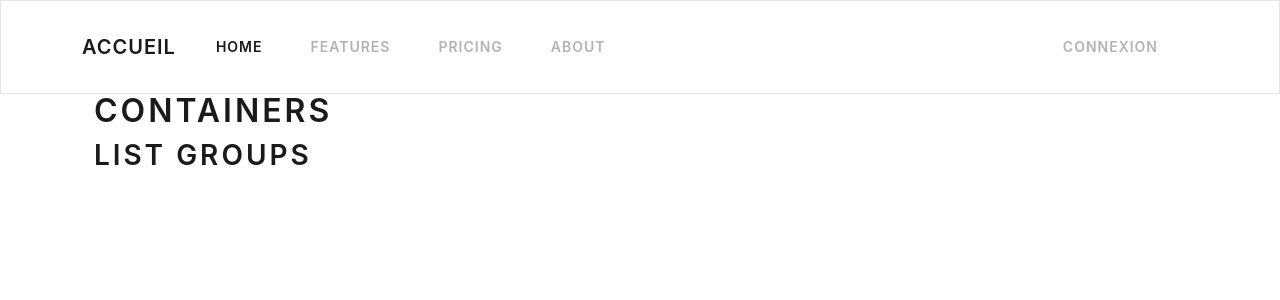
Repository: cahitYes/PDO
Page: http://localhost/?connect
These files come from the project's save history. The page is drawn as it stood at one moment and after the next save; the edit follows.
The browser window is 1280 px wide. The pictures show the whole page.
Some web fonts or font styles are not loaded; a fallback is used. The page is run by PHP 8.4 with error messages shown; the project is at /var/www/html/.

Above is the page before, as saved 2022-02-15 14:15:04.

### pdo_1/exemple2/public/index.php
<?php

/**
 * Chargement des dépendances
 */
require_once "../config.php";

/**
 * Connexion PDO
 */
try {
    $db = new PDO(DB_TYPE . ':host=' . DB_HOST . ';dbname=' . DB_NAME . ';port=' . DB_PORT . ';charset=' . DB_CHARSET, DB_LOGIN, DB_PWD);

    $db->setAttribute(PDO::ATTR_ERRMODE, PDO::ERRMODE_EXCEPTION);
} catch (Exception $e) {
    echo "Code erreur : " . $e->getCode();
    echo "<br>Message d'erreur : " . $e->getMessage();
}

// var_dump($db);

/**
 * Routeur
 */

/**
 * Nous ne sommes pas connectés
 */

 require_once "../controller/publicThearticleController.php";

### pdo_1/exemple2/config.php
<?php
// Constantes contenant nos paramètres de connexion pour PDO
define('DB_TYPE', 'mysql');
define('DB_HOST', 'localhost');
define('DB_NAME', 'pdo_1');
define('DB_PORT', 3307);
define('DB_CHARSET', 'UTF8');
define('DB_LOGIN', 'root');
define('DB_PWD', '');

define("LOGIN", "admin");
define("PWD", "1234");

### pdo_1/exemple2/controller/publicThearticleController.php
<?php


/**
 * Public Homepage
 */

require_once "../view/publicView/publicHomepageView.php";

### pdo_1/exemple2/view/publicView/publicHomepageView.php
<!DOCTYPE html>
<html lang="en">

<head>
  <meta charset="utf-8">
  <title>Bootswatch: Lux</title>
  <meta name="viewport" content="width=device-width, initial-scale=1">
  <link rel="stylesheet" href="css/bootstrap.min.css">

</head>

<body>
  <div class="navbar navbar-expand-lg fixed-top navbar-light bg-light">
    <div class="container">
      <a href="./" class="navbar-brand">Accueil</a>
      <ul class="navbar-nav me-auto">
        <li class="nav-item">
          <a class="nav-link active" href="#">Home
            <span class="visually-hidden">(current)</span>
          </a>
        </li>
        <li class="nav-item">
          <a class="nav-link" href="#">Features</a>
        </li>
        <li class="nav-item">
          <a class="nav-link" href="#">Pricing</a>
        </li>
        <li class="nav-item">
          <a class="nav-link" href="#">About</a>
        </li>
      </ul>
      <ul class="navbar-nav ms-md-auto">

        <li class="nav-item">
          <a target="_blank" rel="noopener" class="nav-link" href="?connect"> Connexion</a>
        </li>
      </ul>
    </div>
  </div>

  <div class="container">
    <div class="page-header" id="banner">
      <div class="row">
        <div class="col-lg-8 col-md-7 col-sm-6">
          <h1>Articles de notre site</h1>
          <p class="lead">A touch of class</p>
        </div>
        <div class="col-lg-4 col-md-5 col-sm-6">
          <div class="sponsor">
            test
          </div>
        </div>
      </div>
    </div>


    <div class="container">

      <div class="bs-docs-section">
        <div class="row">
          <div class="col-lg-12">
            <div class="page-header">
              <h1 id="containers">Containers</h1>
            </div>
          </div>
        </div>

        <div class="row">
          <div class="col-lg-12">
            <h2>List groups</h2>
          </div>
        </div>



        <footer id="footer">

        </footer>
      </div>

      <script src="js/jquery.min.js"></script>
      <script src="js/bootstrap.bundle.min.js"></script>

</body>

</html>

Loaded but not shown: pdo_1/exemple2/public/css/bootstrap.min.css (library); pdo_1/exemple2/public/js/jquery.min.js (library); pdo_1/exemple2/public/js/bootstrap.bundle.min.js (library)

After the next save:
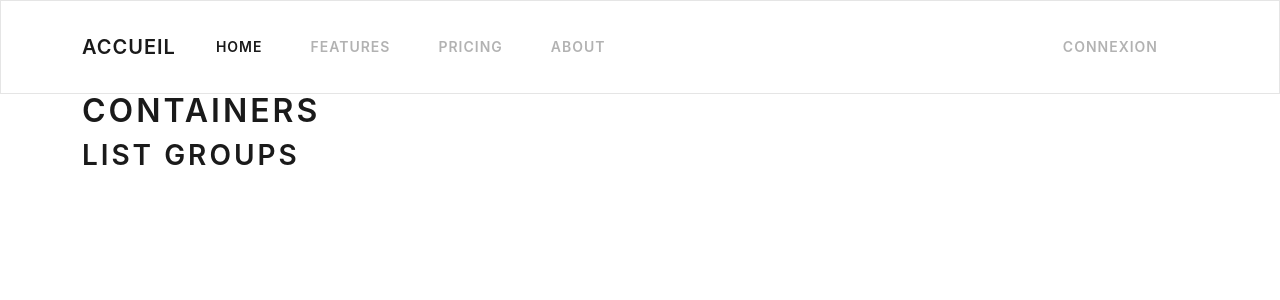
Saved 49 s later.
--- a/pdo_1/exemple2/view/publicView/publicHomepageView.php
+++ b/pdo_1/exemple2/view/publicView/publicHomepageView.php
@@ -52,34 +52,34 @@
         </div>
       </div>
     </div>
+  </div>
 
+  <div class="container">
 
-    <div class="container">
-
-      <div class="bs-docs-section">
-        <div class="row">
-          <div class="col-lg-12">
-            <div class="page-header">
-              <h1 id="containers">Containers</h1>
-            </div>
+    <div class="bs-docs-section">
+      <div class="row">
+        <div class="col-lg-12">
+          <div class="page-header">
+            <h1 id="containers">Containers</h1>
           </div>
         </div>
+      </div>
 
-        <div class="row">
-          <div class="col-lg-12">
-            <h2>List groups</h2>
-          </div>
+      <div class="row">
+        <div class="col-lg-12">
+          <h2>List groups</h2>
         </div>
+      </div>
 
 
 
-        <footer id="footer">
+      <footer id="footer">
 
-        </footer>
-      </div>
+      </footer>
+    </div>
 
-      <script src="js/jquery.min.js"></script>
-      <script src="js/bootstrap.bundle.min.js"></script>
+    <script src="js/jquery.min.js"></script>
+    <script src="js/bootstrap.bundle.min.js"></script>
 
 </body>
 
